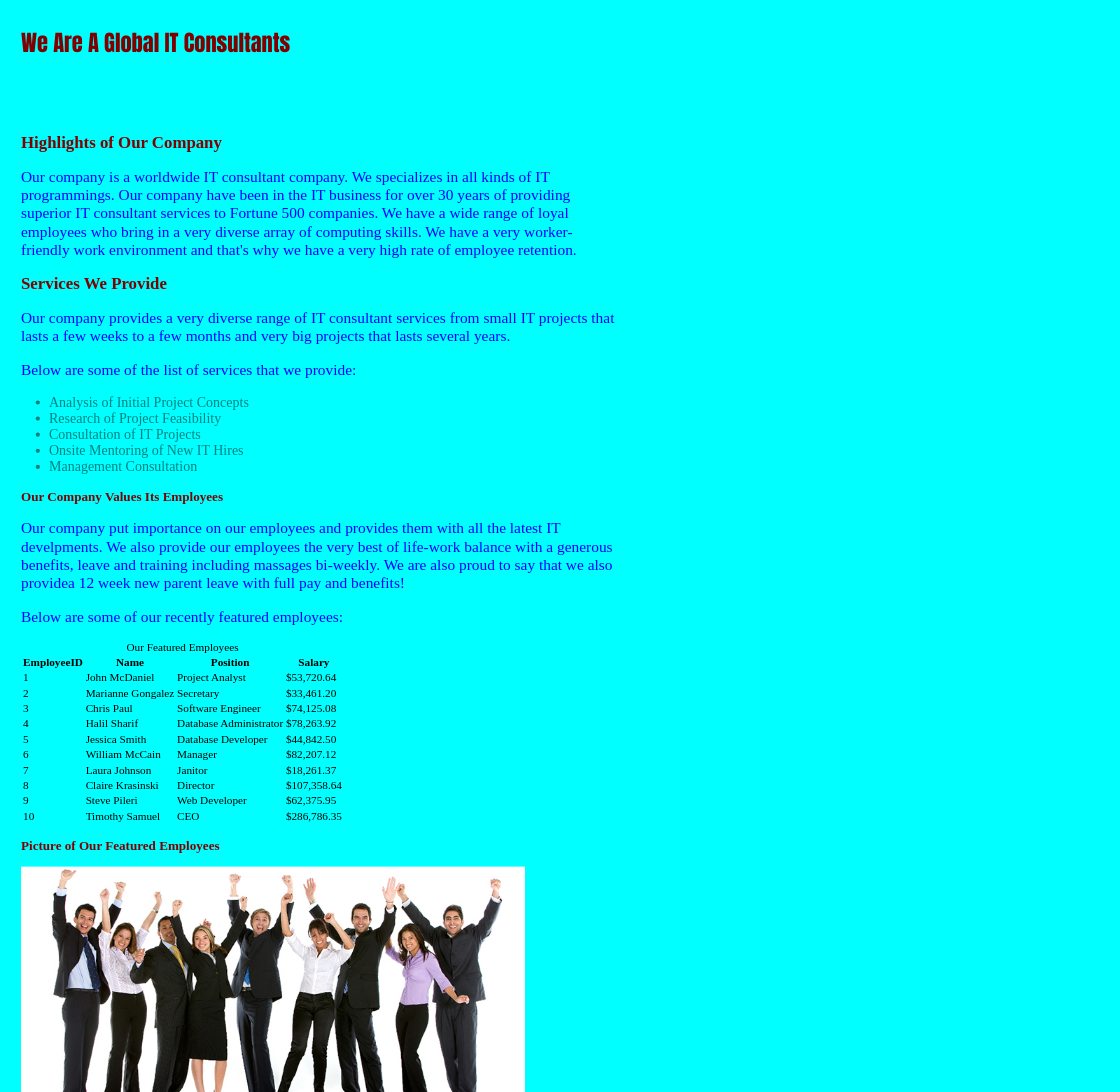
Repository: myjavaweb2/Week5JDBCAssignments
Page: http://localhost/myweek4project/
The author's editor kept a copy of each file at every save. The page is drawn from the files as they stood at one save, then again after the next save.
The browser window is 1280 px wide. The page is 1600 px wide, so the pictures cover 1600 px, including what lies to the right of the window. The pictures show the part of the page from y = 0 to 1560 px (the page is 2761 px tall), at 70% of full size.
The page is served by Tomcat 9.

Above is the page before, as saved 2016-08-26 17:28:21.

After the next save:
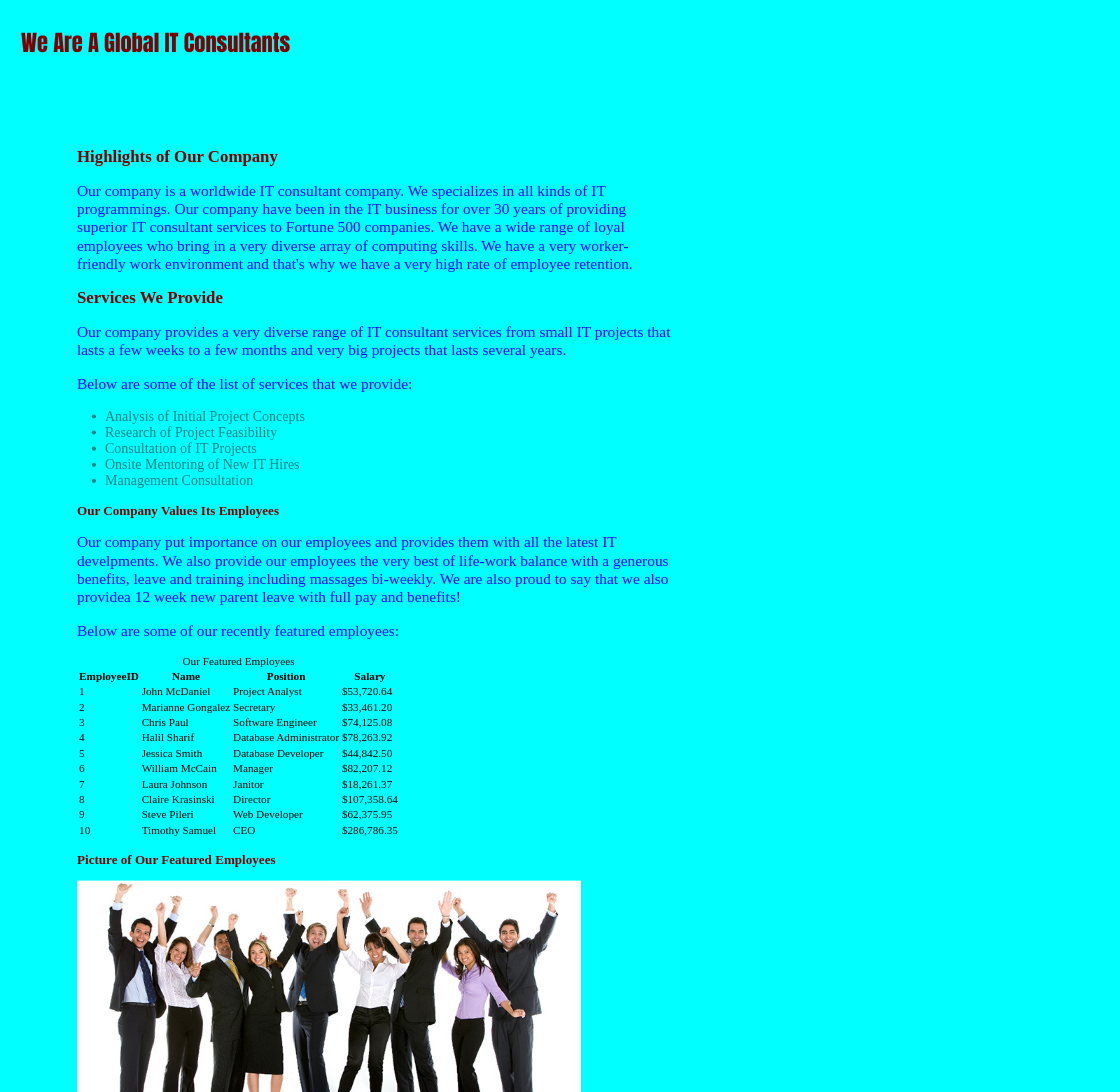
Saved 44 s later.
--- a/myweek4project/src/main/webapp/styles.css
+++ b/myweek4project/src/main/webapp/styles.css
@@ -16,6 +16,9 @@ main {
 	float: left;
 	padding-left: 0;
 	padding-right: 0;
+	 position: relative;
+  left: 80px;
+  top: 20px;
 }
 
 aside {
